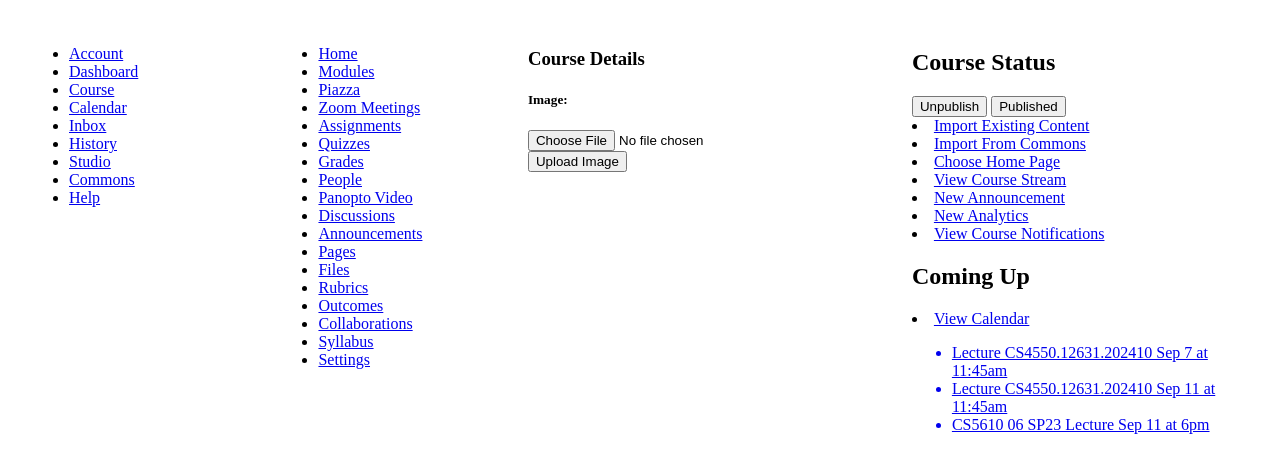
Repository: yuqiant/kanbas-react-web-app
Page: public/kanbas/coursesetting.html
These files come from the project's save history. The page is drawn as it stood at one moment and after the next save; the edit follows.
The browser window is 1280 px wide. The pictures show the whole page.

Above is the page before, as saved 2023-09-16 14:43:18.

### public/kanbas/coursesetting.html
<!DOCTYPE html>
<html lang="en">

<head>
    <meta charset="UTF-8">
    <meta name="viewport" content="width=device-width, initial-scale=1.0">
    <title>Column Interaction</title>
    <style>
        table {
            width: 100%;
            border-collapse: collapse;
        }

        td {
            width: 50%;
            border: 1px solid transparent;
            padding: 20px;
            vertical-align: top;
        }
    </style>
</head>

<body>
    <table>
        <tr>
            <td id="firstColumn" style="width: 150px;">
                <ul>
                    <li><a href="#">Account</a></li>
                    <li><a href="#">Dashboard</a></li>
                    <li><a href="#" onclick="showSecondColumn()">Course</a></li>
                    <li><a href="#">Calendar</a></li>
                    <li><a href="#">Inbox</a></li>
                    <li><a href="#">History</a></li>
                    <li><a href="#">Studio</a></li>
                    <li><a href="#">Commons</a></li>
                    <li><a href="#">Help</a></li>
                </ul>
            </td>
            <td id="secondColumn" style="width: 150px;">
                <ul>
                    <li><a href="#" onclick="showThirdColumn()">Home</a></li>
                    <li><a href="#">Modules</a></li>
                    <li><a href="#">Piazza</a></li>
                    <li><a href="#">Zoom Meetings</a></li>
                    <li><a href="#">Assignments</a></li>
                    <li><a href="#">Quizzes</a></li>
                    <li><a href="#">Grades</a></li>
                    <li><a href="#">People</a></li>
                    <li><a href="#">Panopto Video</a></li>
                    <li><a href="#">Discussions</a></li>
                    <li><a href="#">Announcements</a></li>
                    <li><a href="#">Pages</a></li>
                    <li><a href="#">Files</a></li>
                    <li><a href="#">Rubrics</a></li>
                    <li><a href="#">Outcomes</a></li>
                    <li><a href="#">Collaborations</a></li>
                    <li><a href="#">Syllabus</a></li>
                    <li><a href="#">Settings</a></li>
                </ul>
            </td>
            <td id="thirdColumn" style="width: 250px;">
                <h3>Course Details</h3>

                <h5>Image:</h5>
                <form action="/upload_endpoint" method="post" enctype="multipart/form-data">
                    <input type="file" name="fileToUpload" id="fileToUpload" accept="image/*">
                    <input type="submit" value="Upload Image">
                </form>












            </td>
            <td id="fourthColumn" style="width: 250px;">


                <h2>Course Status</h2>
                <button type="button">Unpublish</button>
                <button type="button">Published</button>
                <li><a href="#">Import Existing Content</li>
                <li><a href="#">Import From Commons</li>
                <li><a href="#">Choose Home Page</li>
                <li><a href="#">View Course Stream</li>
                <li><a href="#">New Announcement</li>
                <li><a href="#">New Analytics</li>
                <li><a href="#">View Course Notifications</a></li>


                <h2>Coming Up</h2>
                <li><a href="#">View Calendar
                        <ul>
                            <li>Lecture CS4550.12631.202410 Sep 7 at 11:45am</li>
                            <li>Lecture CS4550.12631.202410 Sep 11 at 11:45am</li>
                            <li>CS5610 06 SP23 Lecture Sep 11 at 6pm</li>
                        </ul>
                </li>



            </td>
        </tr>
    </table>

</body>

</html>

After the next save:
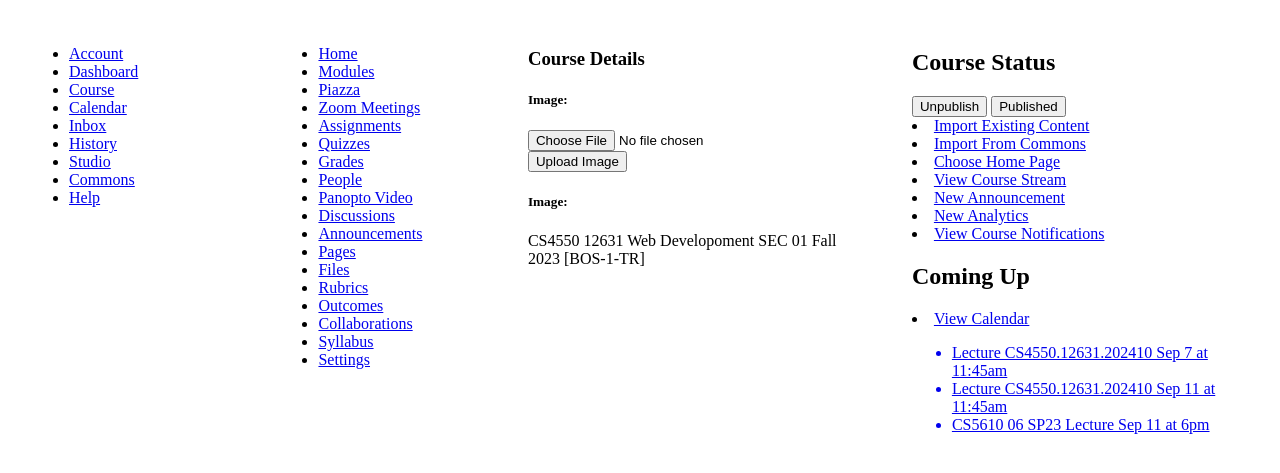
Saved 46 s later.
--- a/public/kanbas/coursesetting.html
+++ b/public/kanbas/coursesetting.html
@@ -67,6 +67,9 @@
                     <input type="submit" value="Upload Image">
                 </form>
 
+                <h5>Image:</h5>
+                <div>CS4550 12631 Web Developoment SEC 01 Fall 2023 [BOS-1-TR]</div>
+
 
 
 
